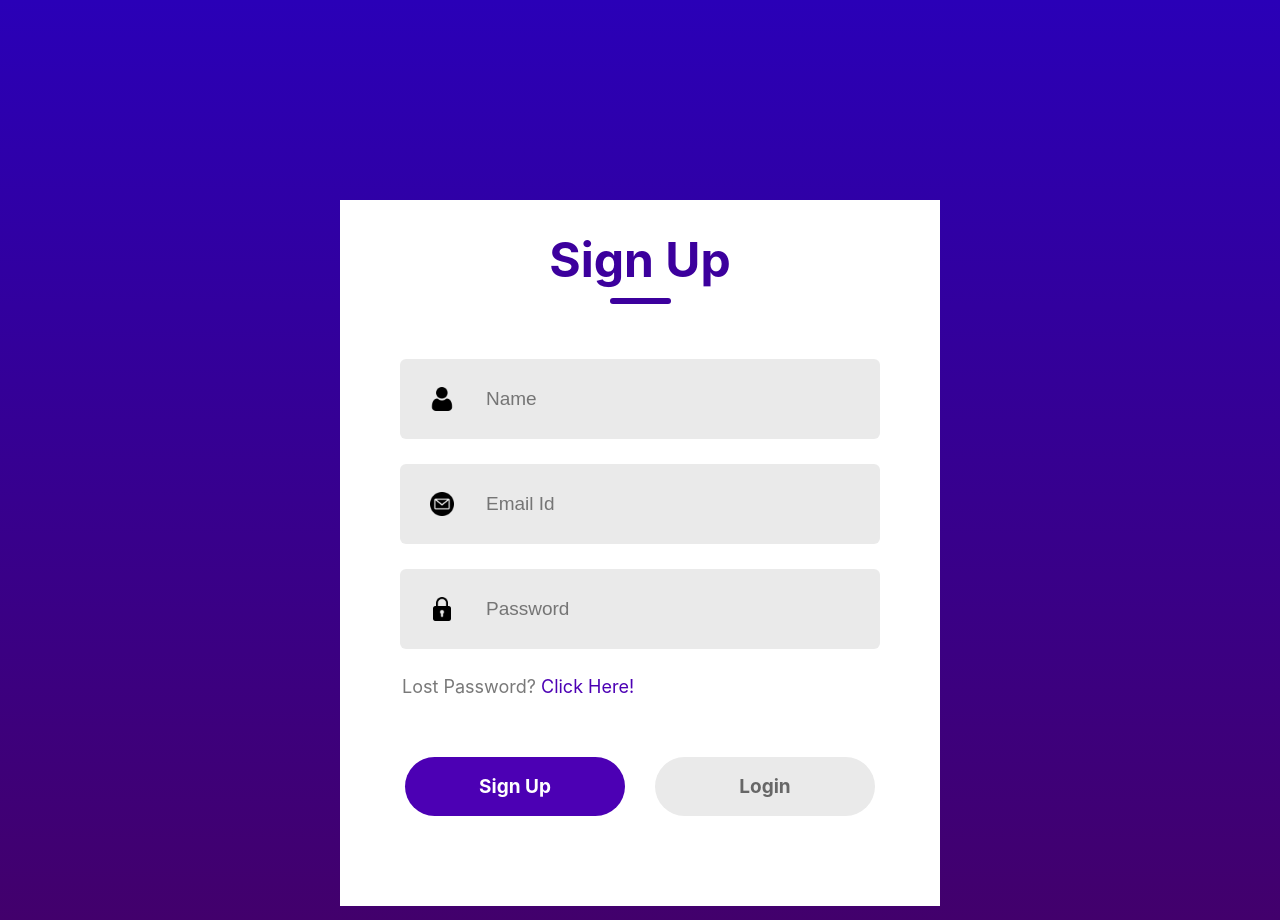
Repository: AnilaJanuzi/reactjs-login-signup
Page: /
These files come from the project's save history. The page is drawn as it stood at one moment and after the next save; the edit follows.
The browser window is 1280 px wide. The pictures show the whole page.
The project was rebuilt for these pictures with package versions that can differ from the ones it lists, and the page was loaded fresh each time. Also part of the build but not shown: src/App.css.

Above is the page before, as saved 2025-02-08 21:15:22.

### public/index.html
<!DOCTYPE html>
<html lang="en">
  <head>
    <meta charset="utf-8" />
    <link rel="icon" href="%PUBLIC_URL%/favicon.ico" />
    <meta name="viewport" content="width=device-width, initial-scale=1" />
    <meta name="theme-color" content="#000000" />
    <meta
      name="description"
      content="Web site created using create-react-app"
    />
    <link rel="apple-touch-icon" href="%PUBLIC_URL%/logo192.png" />
    <!--
      manifest.json provides metadata used when your web app is installed on a
      user's mobile device or desktop. See https://developers.google.com/web/fundamentals/web-app-manifest/
    -->
    <link rel="manifest" href="%PUBLIC_URL%/manifest.json" />
    <!--
      Notice the use of %PUBLIC_URL% in the tags above.
      It will be replaced with the URL of the `public` folder during the build.
      Only files inside the `public` folder can be referenced from the HTML.

      Unlike "/favicon.ico" or "favicon.ico", "%PUBLIC_URL%/favicon.ico" will
      work correctly both with client-side routing and a non-root public URL.
      Learn how to configure a non-root public URL by running `npm run build`.
    -->
    <title>Login - Sign Up </title>
  </head>
  <body>
    <noscript>You need to enable JavaScript to run this app.</noscript>
    <div id="root"></div>
    <!--
      This HTML file is a template.
      If you open it directly in the browser, you will see an empty page.

      You can add webfonts, meta tags, or analytics to this file.
      The build step will place the bundled scripts into the <body> tag.

      To begin the development, run `npm start` or `yarn start`.
      To create a production bundle, use `npm run build` or `yarn build`.
    -->
  </body>
</html>

### src/index.css
body {
  margin: 0;
  font-family: -apple-system, BlinkMacSystemFont, 'Segoe UI', 'Roboto', 'Oxygen',
    'Ubuntu', 'Cantarell', 'Fira Sans', 'Droid Sans', 'Helvetica Neue',
    sans-serif;
  -webkit-font-smoothing: antialiased;
  -moz-osx-font-smoothing: grayscale;
  height: 100vh;
  background:linear-gradient(#2A00B7, #42006C);
}

code {
  font-family: source-code-pro, Menlo, Monaco, Consolas, 'Courier New',
    monospace;
}

### src/App.js
import logo from './logo.svg';
import './App.css';
import LoginSignup from './Components/LoginSignUp/LoginSignup.jsx';

function App() {
  return (
    <div>
     <LoginSignup/>
    </div>
  );
}

export default App;

### src/Components/LoginSignUp/LoginSignup.jsx
import React, { useState } from "react";
import './LoginSignup.css';

import user_icon from '../Assets/user.png'
import email_icon from '../Assets/email.png'
import password_icon from '../Assets/padlock.png'



const LoginSignup = () =>{

    const[action,setAction] = useState("Sign Up");



    return(

        <div className="container">
           <div className="header">
           <div className="text">{action}</div>
           <div className="underline"></div>

            </div>
            <div className="inputs">
               <div className="input">
                <img src={user_icon} alt="" />
                <input type="text" placeholder="Name"/>
                </div>
                <div className="input">
                <img src={email_icon} alt="" />
                <input type="email" placeholder="Email Id"/>
                </div>
                <div className="input">
                <img src={password_icon} alt="" />
                <input type="password" placeholder="Password"/>
                </div>
            </div>
            <div className="forgot-password">Lost Password? <span>Click Here!</span></div>
            <div className="submit-container">
                <div className={action==="Login"?"submit gray":"submit"}>Sign Up</div>
                <div className={action==="Sign Up"?"submit gray":"submit"}>Login</div>
            </div>


        </div>
    )
}

export default LoginSignup

### src/Components/LoginSignUp/LoginSignup.css
.container{
    display: flex;
    flex-direction: column;
    margin: auto;
    margin-top: 200px;
    width: 600px;
    background: #fff;
    padding-bottom: 30px;
}

.header{
    display: flex;
    flex-direction: column;
    align-items: center;
    gap: 9px;
    width: 100%;
    margin-top: 30px;
}

.text{
    color:#3c009d;
    font-size: 48px;
    font-weight: 700;
}

.underline{
    width: 61px;
    height: 6px;
    background:#3c009d;
    border-radius: 9px;

}

.inputs{
    margin-top: 55px;
    display: flex;
    flex-direction: column;
    gap: 25px;
}

.input{
    display: flex;
    align-items: center;
    margin: auto;
    width: 480px;
    height: 80px;
    background: #eaeaea;
    border-radius: 6px;
}

.input img{
    margin: 0px 30px;
    width: 5%;

}

.input input{
    height: 50px;
    width: 400px;
    background: transparent;
    border: none;
    outline: none;
    color: #797979;
    font-size: 19px;
}

.forgot-password{
    padding-left: 62px;
    margin-top: 27px;
    color: #797979;
    font-size: 18px;
}

.forgot-password span{
    color: #4c00b4;
    cursor: pointer;
}

.submit-container{
    display: flex;
    gap: 30px;
    margin: 60px auto;

}

.submit{
    display: flex;
    justify-content: center;
    align-items: center;
    width: 220px;
    height: 59px;
    color: #fff;
    background: #4c00b4;
    border-radius: 50px;
    font-size: 19px;
    font-weight: 700;
    cursor: pointer;
}

.gray{
    background: #EAEAEA;
    color: #676767;
}

Loaded but not shown: src/index.js (common file); src/reportWebVitals.js (common file)

After the next save:
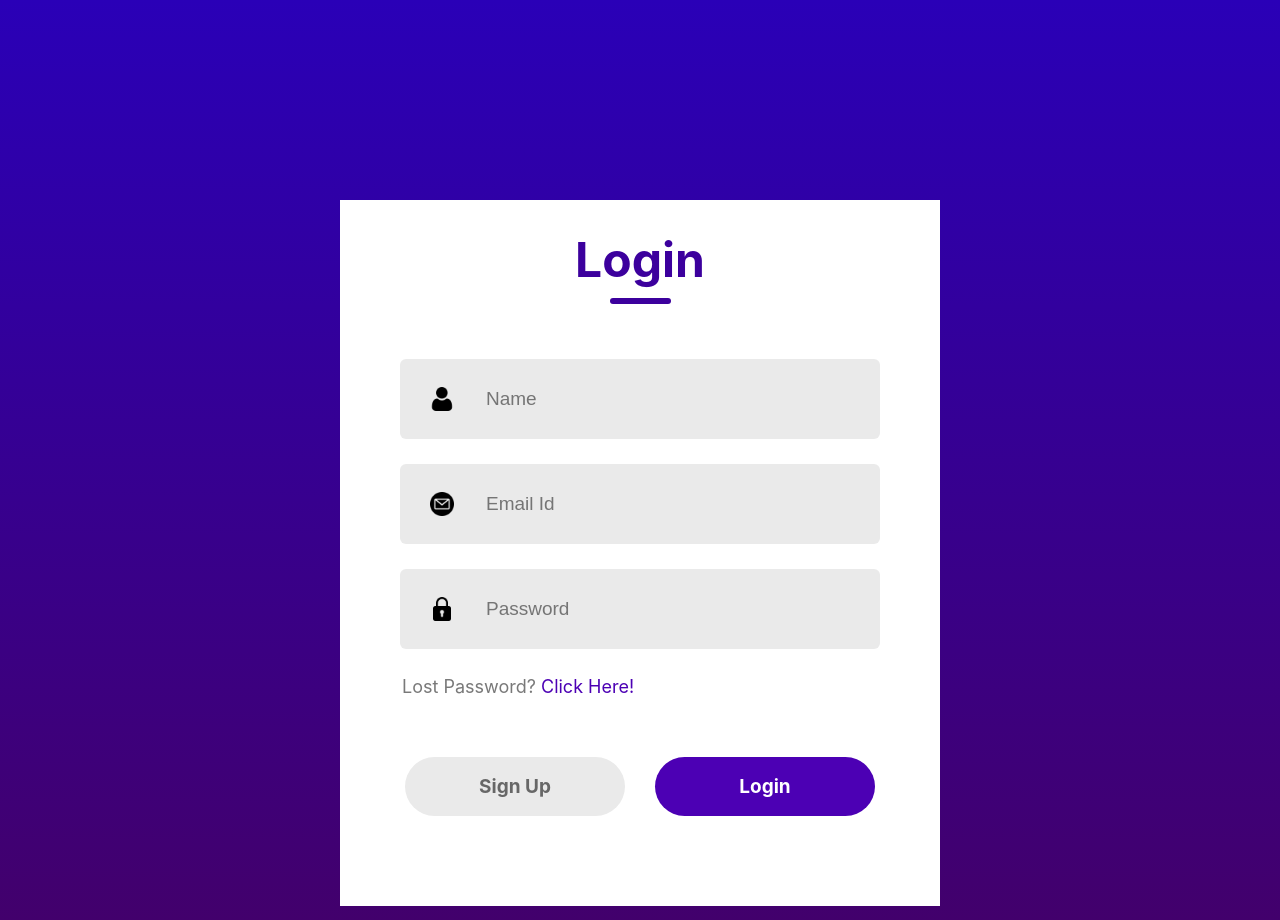
Saved 41 s later.
--- a/src/Components/LoginSignUp/LoginSignup.jsx
+++ b/src/Components/LoginSignUp/LoginSignup.jsx
@@ -9,7 +9,7 @@
 
 const LoginSignup = () =>{
 
-    const[action,setAction] = useState("Sign Up");
+    const[action,setAction] = useState("Login");
 
 
 

After the save that followed:
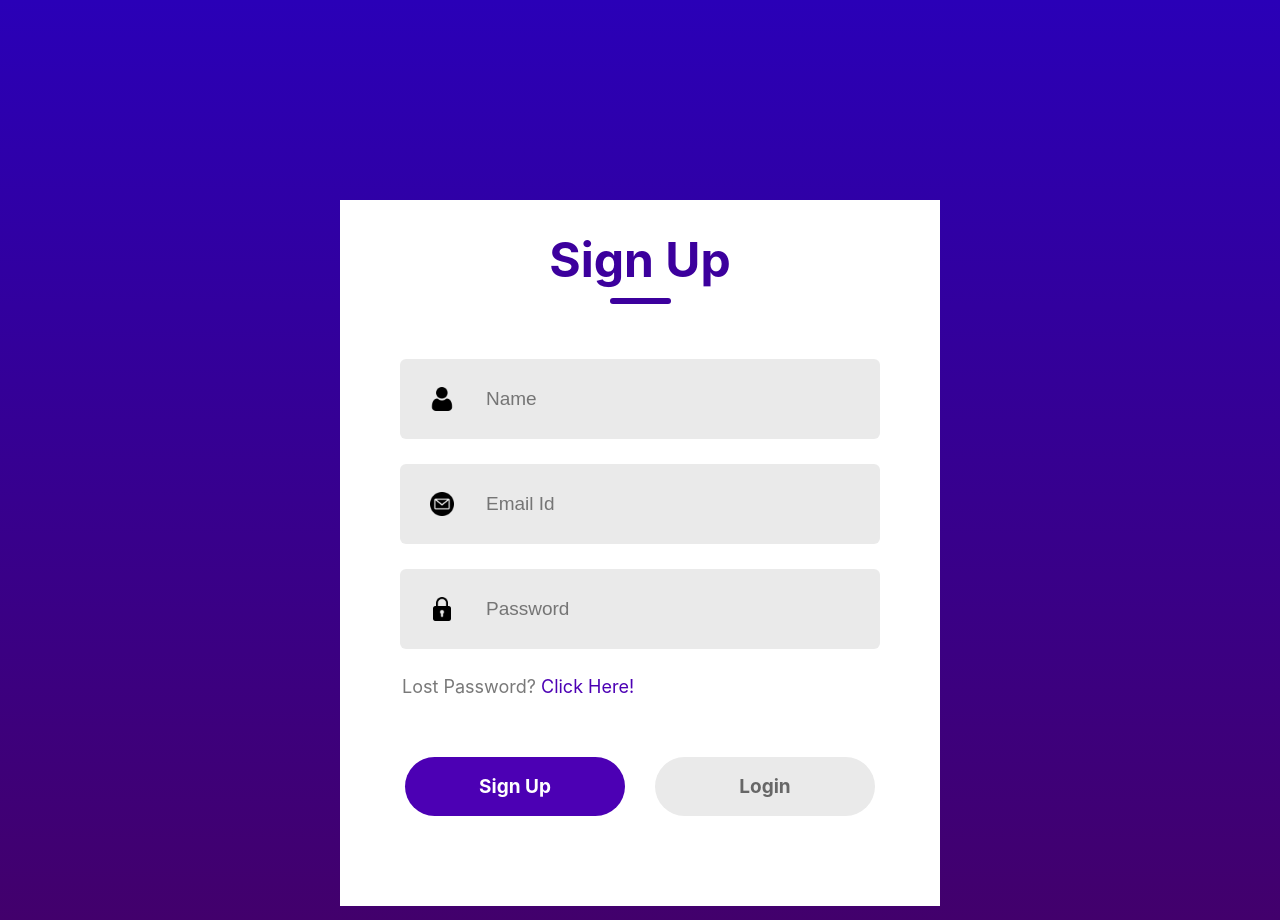
Saved 16 s later.
--- a/src/Components/LoginSignUp/LoginSignup.jsx
+++ b/src/Components/LoginSignUp/LoginSignup.jsx
@@ -9,7 +9,8 @@
 
 const LoginSignup = () =>{
 
-    const[action,setAction] = useState("Login");
+    const[action,setAction] = useState("Sign Up");
+    //const[action,setAction] = useState("Login");
 
 
 
